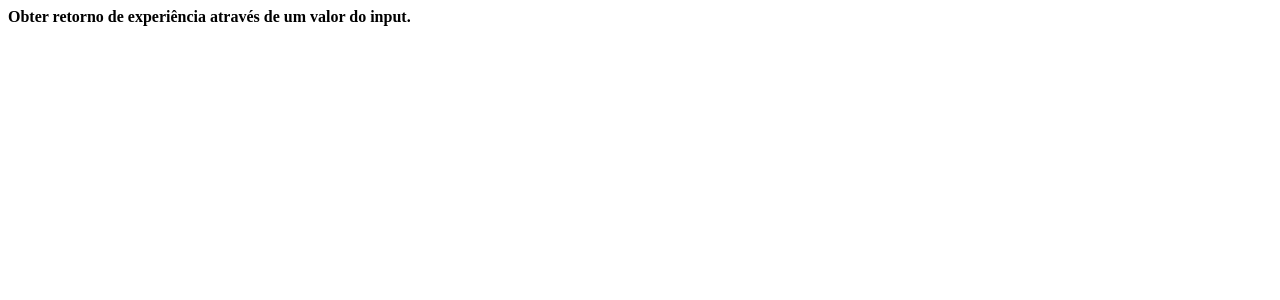
Repository: edsonjuniornarvaes/events-utils
Page: resources/views/get-experience/get-experience.page.html
An editor plug-in stored every save of this project. The page is shown before and after a run of saves, followed by the edit.
The browser window is 1280 px wide. The pictures show the whole page.

Above is the page before, as saved 2020-07-27 20:31:08.
Console error: SyntaxError: Unexpected token '<'

After the next 2 saves:
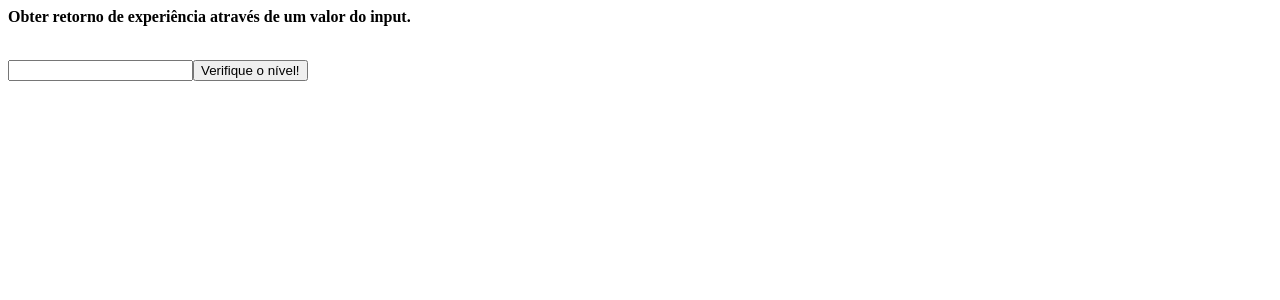
The error is gone.
The 2 saves are shown as one change because they came seconds apart.
The last was saved 6 s later.
--- a/resources/views/get-experience/get-experience.page.html
+++ b/resources/views/get-experience/get-experience.page.html
@@ -10,5 +10,5 @@
             <br>
             <p id="setXp"></p>
         </div>
-    <script src="../../../"></script>
+    <script src="../../../public/assets/js/development/sections/get-experience/get-experience.event.js"></script>
 </html>
